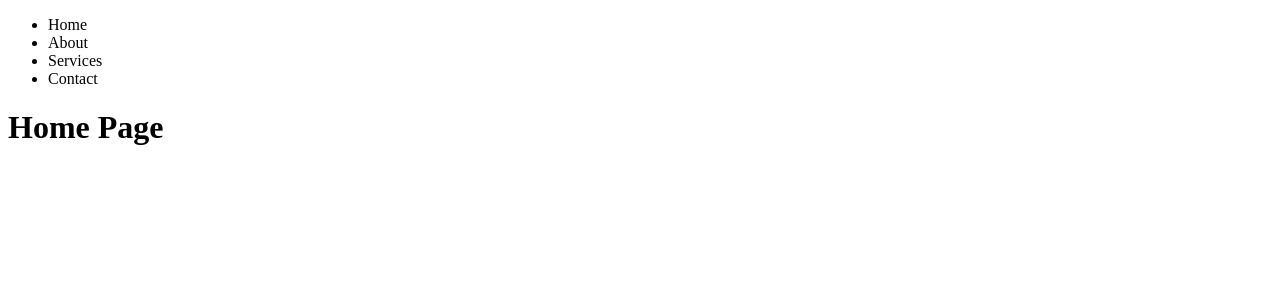
Repository: andreamm-lab/basic-navigation-example-2025-10
Page: index.html
The author's editor kept a copy of each file at every save. The page is drawn from the files as they stood at one save, then again after the next save.
The browser window is 1280 px wide. The pictures show the whole page.

Above is the page before, as saved 2025-11-05 22:04:57.

### index.html
<!DOCTYPE html>
<html lang="en">
<head>
    <meta charset="UTF-8">
    <meta name="viewport" content="width=device-width, initial-scale=1.0">
    <title>Basic Nav Example</title>
</head>
<body>
    <!-- Header -->
    <header>
        <nav>
            <a></a>
            <ul>
                <li><a>Home</a></li>
                <li><a>About</a></li>
                <li><a>Services</a></li>
                <li><a>Contact</a></li>
            </ul>
        </nav>

    </header>
    <main>
        <h1>Home Page</h1>

    </main>
</body>
</html>

After the next save:
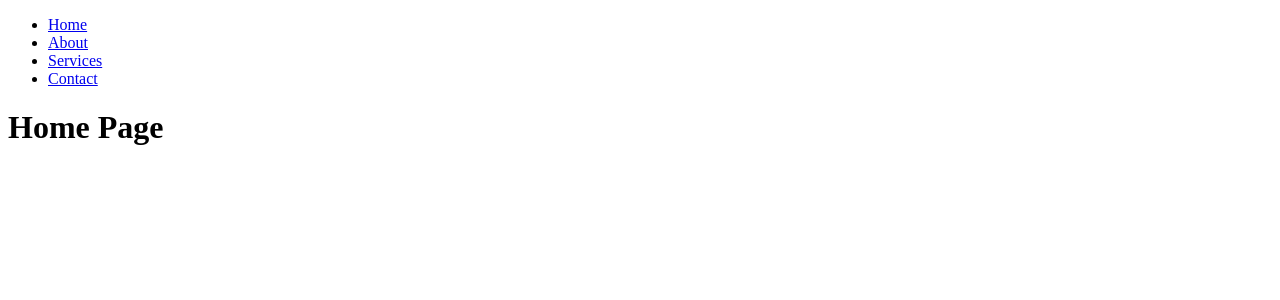
Saved 69 s later.
--- a/index.html
+++ b/index.html
@@ -9,12 +9,12 @@
     <!-- Header -->
     <header>
         <nav>
-            <a></a>
+            <a href="#"></a>
             <ul>
-                <li><a>Home</a></li>
-                <li><a>About</a></li>
-                <li><a>Services</a></li>
-                <li><a>Contact</a></li>
+                <li><a href="#">Home</a></li>
+                <li><a href="#">About</a></li>
+                <li><a href="#">Services</a></li>
+                <li><a href="#">Contact</a></li>
             </ul>
         </nav>
 
